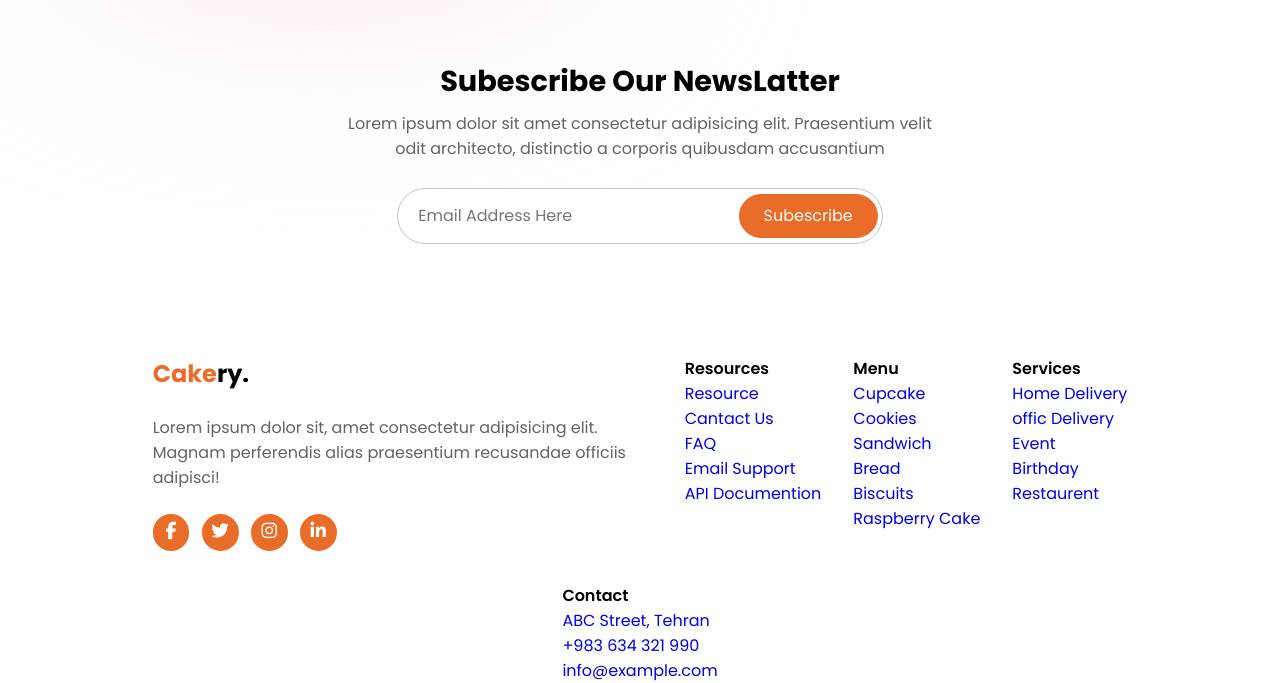
Repository: kingamirhosein100000-maker/cake.shop
Page: index.html
These files come from the project's save history. The page is drawn as it stood at one moment and after a run of saves; the edit follows.
The browser window is 1280 px wide. The pictures show the part of the page from y = 4552 to 5235 px (the page is 5235 px tall).
Some icons come from a web library that is not loaded, so they are not drawn. A picture or video elsewhere on the page could not be fetched, so the positions and the page height are approximate. Some web libraries are served in a nearby version.

Above is the page before, as saved 2026-01-29 17:53:52.

### index.html
<!DOCTYPE html>
<html lang="en">

<head>
    <meta charset="UTF-8">
    <meta name="viewport" content="width=device-width, initial-scale=1.0">
    <title>Bakery Website</title>
    <link rel="stylesheet" href="style.css">
    <link rel="stylesheet" href="https://cdnjs.cloudflare.com/ajax/libs/font-awesome/7.0.1/css/all.min.css" integrity="sha512-2SwdPD6INVrV/lHTZbO2nodKhrnDdJK9/kg2XD1r9uGqPo1cUbujc+IYdlYdEErWNu69gVcYgdxlmVmzTWnetw==" crossorigin="anonymous" referrerpolicy="no-referrer"
    />
</head>

<body>
    <!-- Header Part -->
    <header>
        <nav class="navbar container">
            <div class="logo">
                <a class="logo-txt" href="#">
                        Cake<span>ry.</span>
                    </a>

            </div>
            <ul class="navlist">
                <li>
                    <a href="#" class="navlinks active">
                            Home
                        </a>
                </li>
                <li>
                    <a href="#" class="navlinks">
                            About
                        </a>
                </li>
                <li>
                    <a href="#" class="navlinks">
                            Menu
                        </a>
                </li>
                <li>
                    <a href="#" class="navlinks">
                            Restaurent
                        </a>
                </li>
                <li>
                    <a href="#" class="navlinks">
                            Order
                        </a>
                </li>
                <li>
                    <a href="#" class="navlinks">
                            Contact
                        </a>
                </li>

            </ul>
            <div class="nav-icons">
                <a href="#" class="icons-link">
                    <i class="fa-solid  fa-user"></i>
                </a>
                <a href="#" class="icons-link">
                    <i class="fa-solid fa-shopping-cart"></i>

                </a>
            </div>
            <div class="hamburger">
                <div class="burger"></div>
                <div class="burger"></div>
                <div class="burger"></div>
            </div>
        </nav>
    </header>
    <!-- Section Parts -->
    <main>

        <!-- /* hero-section */ -->

        <section class="hero-section container">
            <div class="content">
                <div class="whatch">
                    <a href="#" class="icons-link">
                        <i class="fa-solid fa-play"></i>
                    </a>
                    <h3>Watch Video</h3>
                </div>
                <h1>The Perfect Baked Cake Everyday!</h1>
                <p>Lorem ipsum dolor sit, amet consectetur adipisicing elit. Facere laborum quaerat beatae molestiae explicabo asperiores, fugit harum quibusdam sit nesciunt illo.</p>
                <div class="btn-continer">
                    <button>Read More</button>
                    <button data-type="borderd-btn">Order Now</button>
                </div>
            </div>
            <div class="img-conteiner">
                <img src="img/cake.png" alt="عکس کیک ">
            </div>
        </section>
        <!-- Store section -->
        <section class="other-section container">
            <div class="column-canteiner">
                <h2>Welcome To Our Store</h2>
                <p data-type="centerd-txt">Lorem ipsum dolor sit amet consectetur adipisicing elit. Necessitatibus sit earum porro at! Officia, repellat. Modi, tempore minima.</p>
                <div class="card-conteiner">
                    <div class="card" data-type="category">
                        <img src="img/pastery.png">
                        <h3>Cake</h3>
                    </div>
                    <div class="card" data-type="category">
                        <img src="img/sandwich.png">
                        <h3>Sandwich</h3>
                    </div>
                    <div class="card" data-type="category">
                        <img src="img/cookie.png">
                        <h3>Cookie</h3>
                    </div>
                    <div class="card" data-type="category">
                        <img src="img/bread.png">
                        <h3>Bread</h3>
                    </div>
                </div>
            </div>
            </div>
        </section>
        <!-- About section -->
        <section class="other-section container">
            <div class="row-container">
                <div class="image-container">
                    <img src="img/cupcake.jpg">
                </div>


                <div class="content">
                    <h2>About<br> Cakery Bakery</h2>
                    <p>Lorem ipsum dolor sit amet, consectetur adipisicing elit. Laboriosam, necessitatibus nisi nemo, libero molestiae quas quibusdam incidunt voluptate adipisci consequatur ducimus autem</p>
                    <p>Lorem ipsum dolor sit amet consectetur adipisicing elit. Amet quidem rerum maiores quae saepe</p>
                    <button>Read More</button>
                </div>
            </div>
        </section>
        <!-- Featured Food -->

        <section class="other-section container">
            <div class="column-canteiner">
                <h2>Our Featured</h2>
                <p data-type="centerd-txt">Lorem ipsum dolor sit amet consectetur adipisicing elit. Praesentium velit odit architecto, distinctio a corporis quibusdam accusantium tempora </p>



                <div class="card-conteiner">
                    <div class="card" data-type="item">
                        <div class="image-part">
                            <img src="img/birthday cake.jpg">
                        </div>
                        <div class="detail">
                            <h4>$10.00</h4>
                            <h4>Birthday cake</h4>
                        </div>
                    </div>
                    <div class="card" data-type="item">
                        <div class="image-part">
                            <img src="img/muffins.jpg">
                        </div>
                        <div class="detail">
                            <h4>$17.00</h4>
                            <h4>muffins</h4>
                        </div>
                    </div>
                    <div class="card" data-type="item">
                        <div class="image-part">
                            <img src="img/waffles.jpg">
                        </div>
                        <div class="detail">
                            <h4>$19.00</h4>
                            <h4>waffles</h4>
                        </div>
                    </div>
                    <div class="card" data-type="item">
                        <div class="image-part">
                            <img src="img/pancake.jpg">
                        </div>
                        <div class="detail">
                            <h4>$25.00</h4>
                            <h4>pancake</h4>
                        </div>
                    </div>

                </div>



                <div class="card-conteiner">
                    <div class="card" data-type="item">
                        <div class="image-part">
                            <img src="img/piece cake.jpg">
                        </div>
                        <div class="detail">
                            <h4>$18.00</h4>
                            <h4> detail</h4>
                        </div>
                    </div>
                    <div class="card" data-type="item">
                        <div class="image-part">

                            <img src="img/cookies.jpg">
                        </div>
                        <div class="detail">
                            <h4>$16.00</h4>
                            <h4>cookies</h4>
                        </div>
                    </div>
                    <div class="card" data-type="item">
                        <div class="image-part">
                            <img src="img/raspberry cake.jpg">
                        </div>
                        <div class="detail">
                            <h4>$67.00</h4>
                            <h4>raspberry cake</h4>
                        </div>
                    </div>
                    <div class="card" data-type="item">
                        <div class="image-part">
                            <img src="img/donut.jpg">
                        </div>
                        <div class="detail">
                            <h4>$90.00</h4>
                            <h4>donut</h4>
                        </div>
                    </div>
                </div>
            </div>
        </section>
        <!-- App section -->
        <section class="other-section container">
            <div class="row-container">
                <div class="content">
                    <h2>App Is Soon <br> On App Store</h2>
                    <p>Lorem ipsum dolor sit, amet consectetur adipisicing elit. Consequuntur omnis sequi in fugiat iusto laborum, delectus magnam eum! Aspernatur quaerat ex excepturi.</p>
                    <div class="app-img">
                        <img src="img/app store.png" alt="App Store">
                        <img class="qqqq" src="img/play store.png" alt="Google Play">
                    </div>


                </div>
                <div class="img-conteiner">
                    <img src="img/bakery app.png">
                </div>
            </div>
        </section>
        <!-- Best Food section -->
        <section class="other-seimction container">
            <div class="row-container">
                <div class="img-conteiner">
                    <img src="img/creamy pancake.png">
                </div>
                <div class="content">
                    <h2>Best Sell <br> In This Week!</h2>
                    <div class="rating">
                        <h4>$15.00</h4>
                        <img src="img/five star ok.png">
                    </div>
                    <p>Lorem ipsum dolor sit, amet consectetur adipisicing elit. Commodi, libero soluta! Quia nostrum unde corrupti ratione quibusdam dolores sed, voluptatum aliquid possimus!</p>
                    <p>Lorem ipsum dolor sit amet, consectetur adipisicing elit. Voluptate cum mollitia culpa ullam numquam.</p>
                    <button>Buy Now</button>


                </div>
            </div>
        </section>
        <!-- NewsLatter section -->
        <section class="other-section container">
            <div class="column-canteiner">
                <h2>Subescribe Our NewsLatter</h2>
                <p data-type="centerd-txt">Lorem ipsum dolor sit amet consectetur adipisicing elit. Praesentium velit odit architecto, distinctio a corporis quibusdam accusantium</p>

                <form class="form-canteiner">
                    <input type="email" name="email" id="email" autocomplete="off" placeholder="Email Address Here">
                    <input type="submit" value="Subescribe" class="form-btn">
                </form>
            </div>
        </section>
    </main>
    <!-- Footer Parts -->
    <footer>
<div class="column-canteiner container">
    <div class="card-conteiner">

    <div class="column">
        <div class="logo">
                            <a class="logo-txt" href="#">
                        Cake<span>ry.</span>
                    </a>
        </div>

        <p>Lorem ipsum dolor sit, amet consectetur adipisicing elit. Magnam perferendis alias praesentium recusandae officiis adipisci!</p>
        <div class="icons">
            <a href="#" class="icons-link">
                <i class="fa-brands fa-facebook-f"></i>
            </a>
            <a href="#" class="icons-link">
                <i class="fa-brands fa-twitter"></i>
            </a>
            <a href="#" class="icons-link">
                <i class="fa-brands fa-instagram"></i>
            </a>
            <a href="#" class="icons-link">
                <i class="fa-brands fa-linkedin-in"></i>
            </a>
        </div>
    </div>
    <div class="column">
<h4>Resources</h4>
<ul class="footer-list">
    <li>
        <a href="#" class="footer-links">Resource</a>
    </li>
    <li>
        <a href="#" class="footer-links">Cantact Us</a>
    </li>
    <li>
        <a href="#" class="footer-links">FAQ</a>
    </li>
    <li>
        <a href="#" class="footer-links">Email Support</a>
    </li>
    <li>
        <a href="#" class="footer-links">API Documention</a>
    </li>
</ul>
    </div>
    <div class="column">
        <h4>Menu</h4>
        <ul class="footer-list">
    <li>
        <a href="#" class="footer-links">Cupcake</a>
    </li>
    <li>
        <a href="#" class="footer-links">Cookies</a>
    </li>
    <li>
        <a href="#" class="footer-links">Sandwich</a>
    </li>
    <li>
        <a href="#" class="footer-links">Bread</a>
    </li>
    <li>
        <a href="#" class="footer-links">Biscuits</a>
    </li>
    <li>
        <a href="#" class="footer-links">Raspberry Cake</a>
    </li>
</ul>
    </div>
    <div class="column">
        <h4>Services</h4>
<ul class="footer-list">
    <li>
        <a href="#" class="footer-links">Home Delivery</a>
    </li>
    <li>
        <a href="#" class="footer-links">offic Delivery</a>
    </li>
    <li>
        <a href="#" class="footer-links">Event</a>
    </li>
    <li>
        <a href="#" class="footer-links">Birthday</a>
    </li>
    <li>
        <a href="#" class="footer-links">Restaurent</a>
    </li>
</ul>
    </div>
    <div class="column">
        <h4>Contact</h4>
        <ul class="footer-list">
    <li>
        <a href="#" class="footer-links">ABC Street, Tehran</a>
    </li>
    <li>
<i class="fa-"></i>
        <a href="#" class="footer-links">+983 634 321 990</a>
    </li>
    <li>
        <a href="#" class="footer-links">info@example.com</a>
    </li>

</ul>
    </div>
    </div>
</div>

    </footer>
    <script src=" main.js "></script>
</body>

</html>

### style.css
                    @import url('https://fonts.googleapis.com/css2?family=Open+Sans:ital,wght@0,300..800;1,300..800&family=Poppins:ital,wght@0,100;0,200;0,300;0,400;0,500;0,600;0,700;0,800;0,900;1,100;1,200;1,300;1,400;1,500;1,600;1,700;1,800;1,900&family=Roboto:ital,wght@0,100..900;1,100..900&display=swap');
                    * {
                        margin: 0;
                        padding: 0;
                        box-sizing: border-box;
                        font-family: "Poppins", sans-serif;
                    }

                     :root {
                        --orange-clr: #E96C28;
                        --white-clr: #FFF;
                        --black-clr: #000;
                        --gray-clr: #636363;
                        --light-clr: #C4C4C4;
                        --dawn-pink: #FAE7E5;
                        --frosted-mint: #DCFEF9;
                    }
                    /* Header Parts */

                    .logo-txt {
                        font-size: 1.5rem;
                        color: var(--orange-clr);
                        font-weight: bold;
                    }

                    a {
                        text-decoration: none;
                    }

                    span {
                        color: var(--black-clr);
                    }

                    .navlist {
                        display: flex;
                        align-items: center;
                        gap: 2rem;
                    }

                    li {
                        list-style: none;
                    }

                    .navlinks {
                        color: var(--black-clr);
                        font-weight: 500;
                    }

                    .active,
                    .navlinks:hover {
                        color: var(--orange-clr);
                        transition: 0.4s;
                    }



                    .icons-link {
                        background: var(--orange-clr);
                        width: 2.3rem;
                        aspect-ratio: 1;
                        border-radius: 50%;
                        margin-right: .5rem;
                        display: inline-block;
                        text-align: center;
                        line-height: 2.3rem;
                        transition: .3s ease-in-out;
                    }

                    .icons-link:hover {
                        transform: translateY(-10%);
                    }

                    .fa-solid,.fa-brands {
                        font-size: 1.1rem;
                        color: var(--white-clr);
                    }

                    header {
                        height: 13vh;

                    }

                    .navbar {
                        display: flex;
                        justify-content: space-between;
                        align-items: center;
                        height: 100%;

                    }

                    .container {
                        width: 80%;
                        margin: auto;
                    }

                    .hamburger {
                        cursor: pointer;
                        display: none;
                    }

                    .burger {
                        background: var(--black-clr);
                        width: 2.3rem;
                        height: .25rem;
                        margin: .3rem;
                        border-radius: 2rem;
                    }
                    /* Section Parts */
                    /* hero-section */

                    .hero-section {
                        height: calc(100vh - 13vh);
                        display: flex;
                        justify-content: space-between;
                        align-items: center;
                    }

                    .content {
                        flex: 1;
                    }

                    .img-conteiner {
                        flex: 1;
                        position: relative;
                    }

                    .img-conteiner::before {
                        content: '';
                        position: absolute;
                        top: 50%;
                        right: 0;
                        background: var(--dawn-pink);
                        width: 35rem;
                        height: 30vh;
                        border-radius: 50%;
                        z-index: -1;
                        filter: blur(100px);
                    }

                    img {
                        max-width: 100%;
                        height: auto;
                    }

                    h1 {
                        font-size: 3.5rem;
                        line-height: 4rem;
                        margin-top: 1rem;
                    }

                    .whatch {
                        display: flex;
                        align-items: center;
                        gap: .5rem;
                    }

                    p {
                        color: var(--gray-clr);
                        margin-block: 1.5rem;
                        max-width: 500px;
                    }

                    .btn-continer {
                        display: flex;
                        gap: 1.5rem;
                    }

                    button,
                    .form-btn {
                        background: var(--orange-clr);
                        color: var(--white-clr);
                        border: .1rem solid var(--orange-clr);
                        padding: .55rem 1.5rem;
                        border-radius: 5rem;
                        font-size: 1rem;
                    }

                    [data-type='borderd-btn'] {
                        background: transparent;
                        color: var(--orange-clr);
                    }
                    /* <!-- Store section --> */

                    .other-section {
                        padding-block: 5rem;
                    }

                    .row-conteiner {
                        display: flex;
                        flex-direction: row;
                        justify-content: center;
                        align-items: center;
                        gap: 5rem;
                    }

                    .column-canteiner {
                        display: flex;
                        flex-direction: column;
                        justify-content: center;
                        align-items: center;
                    }

                    h2 {
                        font-size: 1.8rem;
                    }

                    [ data-type="centerd-txt"] {
                        text-align: center;
                        max-width: 600px;
                        margin-block: .5em;
                    }

                    .card-conteiner {
                        display: flex;
                        justify-content: center;
                        flex-wrap: wrap;
                        gap: 2rem;
                        margin-top: 2rem;
                    }

                    .card {
                        width: 15rem;
                        text-align: center;
                        border-radius: 1rem;
                        box-shadow: rgba(0, 0, 0, 0.16) 0px 1px 4px;
                        transition: .2s ease-in-out;
                    }

                    .card:hover {
                        box-shadow: rgba(50, 50, 93, 0.25) 0px 13px 27px -5px, rgba(0, 0, 0, .3) 0px 8px 16px -8px;
                    }

                    .row-container {
                        display: flex;
                        flex-direction: row;
                        justify-content: space-between;
                        align-items: center;
                        gap: 4.5rem;
                    }
                    /* <!-- Featured Food --> */

                    h4 {
                        font-weight: 600;
                    }

                    [ data-type="category"] {
                        padding-block: 2.5rem;
                    }

                    [data-type="item"] {
                        padding-bottom: 1.5rem;
                        overflow: hidden;
                    }

                    .image-part img {
                        width: 100%;
                        height: 100%;
                        object-fit: cover;
                    }

                    .detail {
                        margin-top: 1rem;
                    }
                    /* <!-- App section --> */

                    .app-img {
                        display: flex;
                        gap: 1rem;
                        width: 100%;
                        height: 4rem;
                    }

                    .app-img img {
                        width: 180px;
                        /* هم‌سایز */
                        height: 55px;
                        object-fit: contain;
                        border-radius: 12px;
                        /* گوشه‌های گرد */
                        background: #000;
                        /* برای PNG شفاف */
                        padding: 6px 10px;
                        transition: all 0.3s ease;
                    }
                    /* افکت هاور */

                    .app-img img:hover {
                        transform: translateY(-3px);
                        box-shadow: 0 10px 25px rgba(0, 0, 0, 0.25);
                        cursor: pointer;
                    }
                    /* <!-- Best Food section --> */

                    .rating img {
                        width: 6rem;
                    }

                    .rating h4 {
                        color: var(--orange-clr);
                        font-size: 1.3rem;
                    }

                    .rating {
                        display: flex;
                        align-items: center;
                        gap: 2rem;
                        margin-top: 1rem;
                    }
                    /* <!-- NewsLatter section --> */

                    .form-canteiner {
                        margin-top: 1.2rem;
                        border: .02rem solid var(--light-clr);
                        height: 3.5rem;
                        border-radius: 5rem;
                        padding: .25rem;
                    }

                    input[type="email"] {
                        height: 100%;
                        border-radius: 5rem 0 0 5rem;
                        border: none;
                        font-size: 1rem;
                        padding-left: 1rem;
                    }

                    input:focus {
                        outline: none;
                    }
                    /* footer section */

Loaded but not shown: main.js (13 lines, source omitted)

After the next 4 saves:
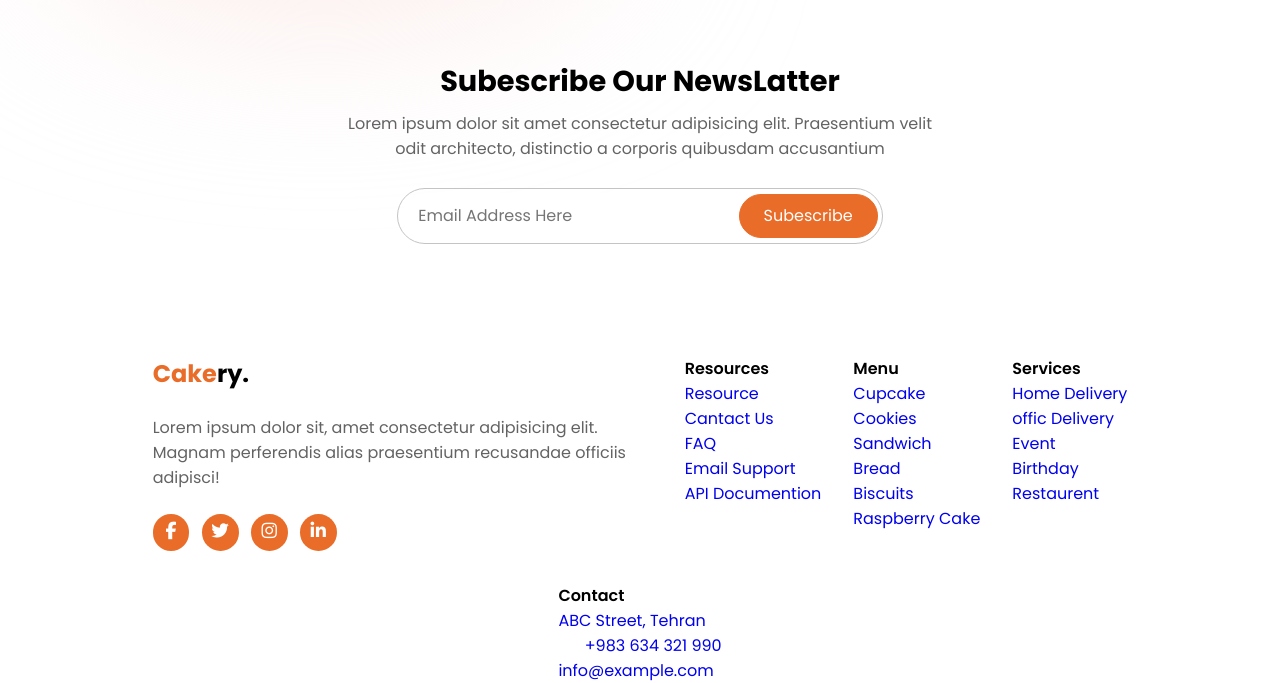
The 4 saves are shown as one change because they came seconds apart.
The last was saved 11 s later.
--- a/index.html
+++ b/index.html
@@ -376,7 +376,7 @@
         <a href="#" class="footer-links">ABC Street, Tehran</a>
     </li>
     <li>
-<i class="fa-"></i>
+<i class="fa-brands fa-"></i>
         <a href="#" class="footer-links">+983 634 321 990</a>
     </li>
     <li>
